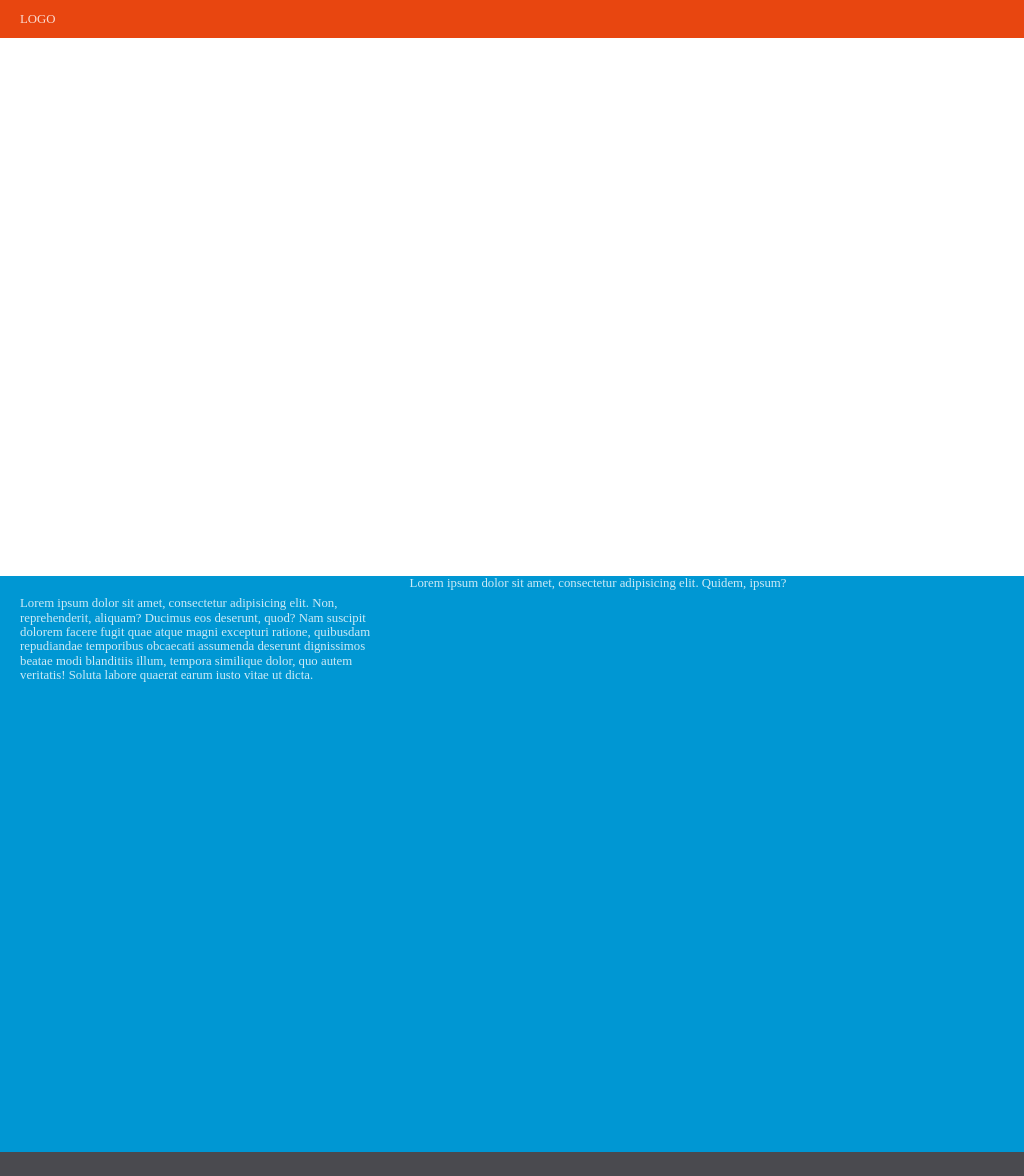
Repository: LiamB123/Adaptive-Sizing-Practice
Page: MP.html
The author's editor kept a record of every edit. The page is drawn from the files as they stood at one moment, then again after the next edit.
The browser window is 1280 px wide. The pictures show the whole page, at 80% of full size.

Above is the page before.

### MP.html
<!DOCTYPE html>
<html lang="en">
<head>
    <meta charset="UTF-8">
    <meta name="viewport" content="width=device-width, initial-scale=1.0">
    <meta http-equiv="X-UA-Compatible" content="ie=edge">
    <link rel="stylesheet" href="MP.css" type="text/css" />
    <title>Document</title>
</head>

<body>


<main class="main"></main>
<header class="header">
    <div class="logo"> LOGO</div>
   </header>

    <section class="section">
        <article class="article column column-60"></article>
        Lorem ipsum dolor sit amet, consectetur adipisicing elit. Quidem, ipsum?

        <aside class="aside column column-40 ">
            <p class="section-paragraph">
                Lorem ipsum dolor sit amet, consectetur adipisicing elit. Non, reprehenderit, aliquam? Ducimus eos deserunt, quod? Nam suscipit dolorem facere fugit quae atque magni excepturi ratione, quibusdam repudiandae temporibus obcaecati assumenda deserunt dignissimos beatae modi blanditiis illum, tempora similique dolor, quo autem veritatis! Soluta labore quaerat earum iusto vitae ut dicta.
            </p>
        </aside>
        </section>

    <footer class='footer'></footer>


</header>

</body>
</html>

### MP.css
body, html {
    height:100%;
    margin:0;
    color:rgba( 255, 255, 255, .8);
}

.header
    { position: fixed;
    top:0;
    left: 0;
    right: 0;
    background-color:#e84610;
    padding: 15px 25px;

    }

.main { height:100%; }

    .section { background-color: #0097d3;
                height:100%;
    }

.vcenter {
    position:relative;
    top:50%;
    transform:translateY(-50%) ;
}
.section-paragraph { font-size: 1em;
            margin: 25px;

}
.footer{ background-color:#4a4a4f;
    padding:15px;}


@media (min-width: 768px){
    .column { float:left;}
    .column-60{width:60%; top:20px}
    .column-40{width:40%;}
}

After the next edit:
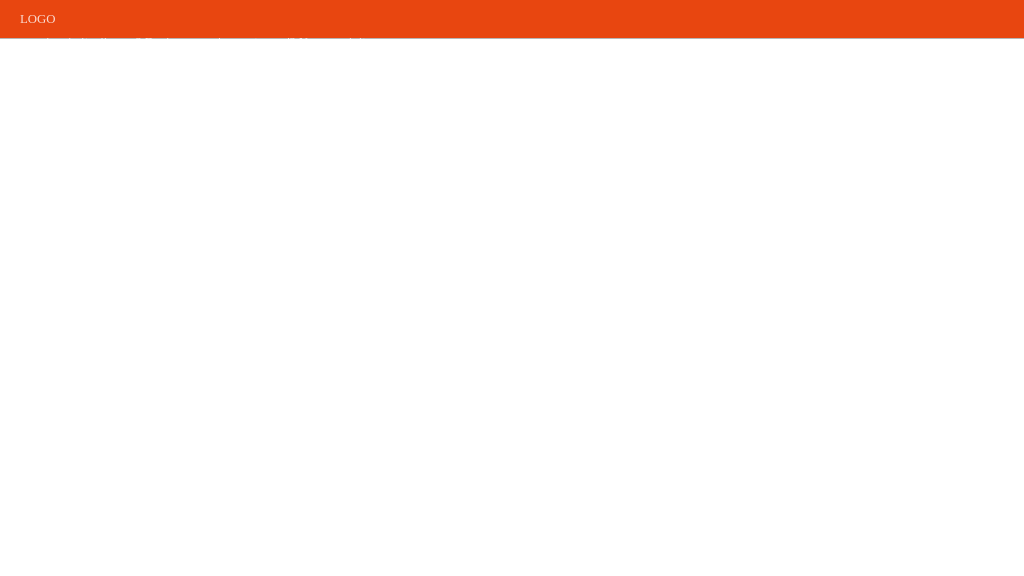
The edit:
--- a/MP.html
+++ b/MP.html
@@ -10,8 +10,8 @@
 
 <body>
 
-
-<main class="main"></main>
+<header>
+<main class="main">
 <header class="header">
     <div class="logo"> LOGO</div>
    </header>

After the 5 edits that followed:
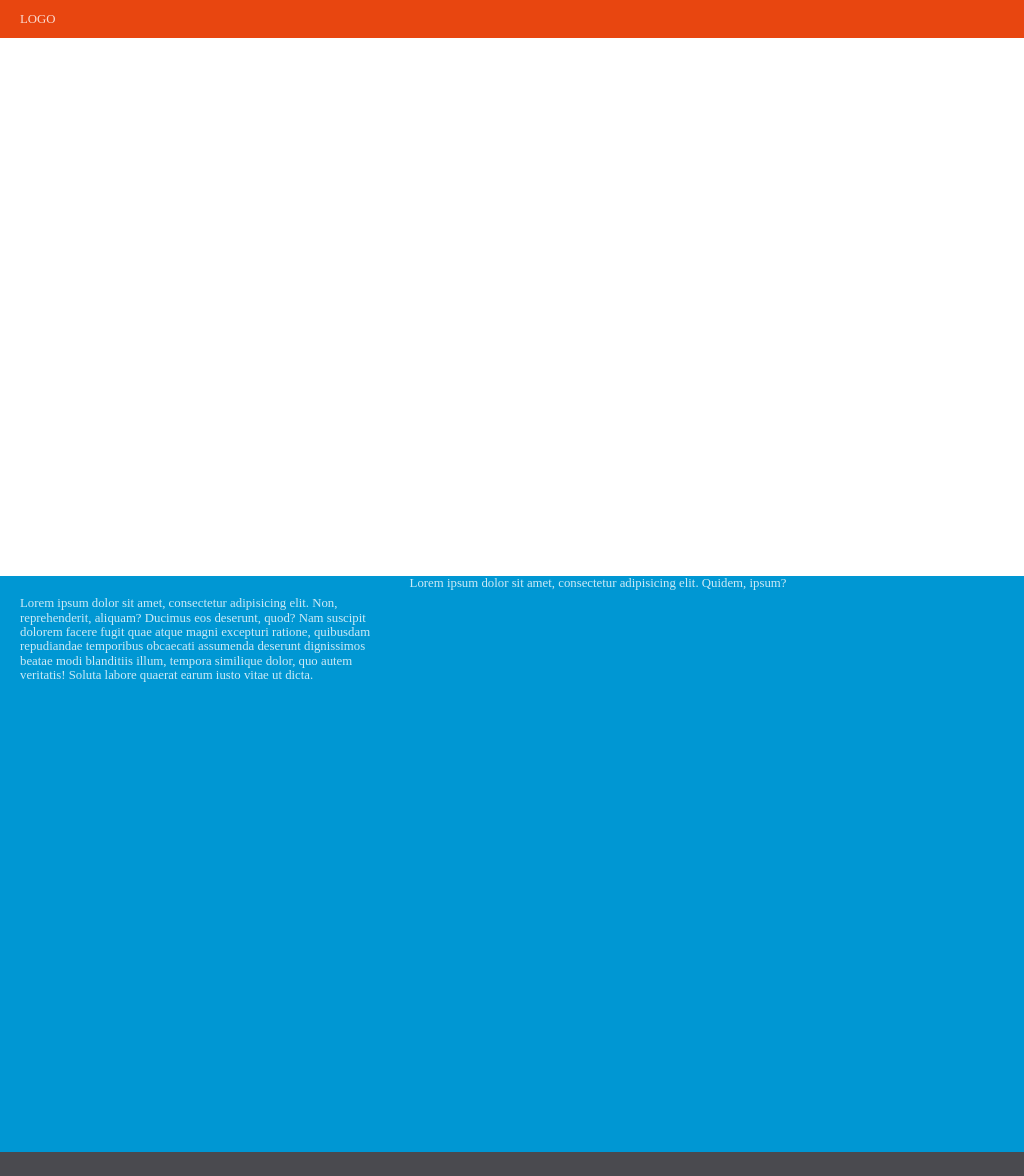
The 5 edits are shown as one change because 4 left the picture as it was.
The edit:
--- a/MP.html
+++ b/MP.html
@@ -10,11 +10,10 @@
 
 <body>
 
-<header>
 <main class="main">
-<header class="header">
+    <header class="header">
     <div class="logo"> LOGO</div>
-   </header>
+    </header> </main>
 
     <section class="section">
         <article class="article column column-60"></article>
@@ -30,7 +29,7 @@
     <footer class='footer'></footer>
 
 
-</header>
+
 
 </body>
 </html>
